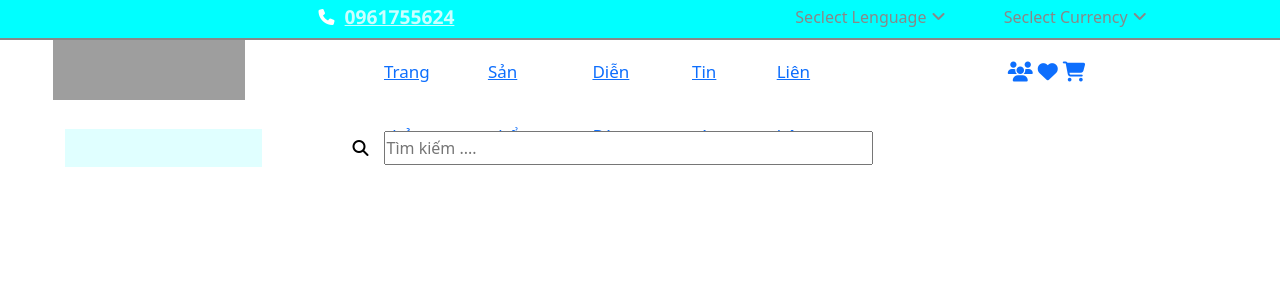
Repository: giacatdat2k5/Baitaplon
Page: da/d.html
These files come from the project's save history. The page is drawn as it stood at one moment and after the next save; the edit follows.
The browser window is 1280 px wide. The pictures show the whole page.
Pictures or frames that could not be fetched are drawn as grey boxes.

Above is the page before, as saved 2023-11-07 01:06:20.

### da/d.html
<!DOCTYPE html>
<html lang="en">
<head>
    <meta charset="UTF-8">
    <meta name="viewport" content="width=device-width, initial-scale=1.0">
    <title>Document</title>
    <link rel="stylesheet" type="text/css" href="d.css">
    <link rel="stylesheet" href="https://cdnjs.cloudflare.com/ajax/libs/font-awesome/6.4.2/css/all.min.css"/>
    <script src="https://ajax.googleapis.com/ajax/libs/jquery/3.7.1/jquery.min.js"></script>
    <link href="https://cdn.jsdelivr.net/npm/bootstrap@5.3.2/dist/css/bootstrap.min.css" rel="stylesheet" integrity="sha384-T3c6CoIi6uLrA9TneNEoa7RxnatzjcDSCmG1MXxSR1GAsXEV/Dwwykc2MPK8M2HN" crossorigin="anonymous">
</head>
<body>
    <div class="head">
        <div class="left-head">
        <div class="hotline">
            <i class="fa-solid fa-phone"></i>
            <a href="#" class="number">0961755624 </a>
        </div>
        </div>
        <div class="right-head">
        <div class="select">
             Seclect Lenguage
            <i class="fa-solid fa-angle-down"></i>
        </div>
        <div class="select">
             Seclect Currency
            <i class="fa-solid fa-angle-down"></i>
        </div>
        </div>
    </div>
    <div class="nav">
        <a href="#" class="logo"></a>
        <ul class="menu">
            <li><a href="#">Trang chủ</a></li>
            <li class="menu_link">
                <a href="#">Sản phẩm</a>
                <ul class="menu_down">
                    <li ><a href="#"></a>Yonex</li>
                    <li ><a href="#"></a>Lining</li>
                    <li ><a href="#"></a>Victor</li>
                    <li ><a href="#"></a>Kumpoo</li>
                    <li ><a href="#"></a>Fleet</li>
                    <li ><a href="#"></a>Khác</li>
                </ul>
            </li>
            <li><a href="#">Diễn Đàn</a></li>
            <li><a href="#">Tin tức</a></li>
            <li><a href="#">Liên hệ </a></li>
        </ul>
        <ul class="icon">
            <li><a href="#"><i class="fa-solid fa-users"></i></a></li>
            <li><a href="#"><i class="fa-solid fa-heart"></i></a></li>
            <li><a href="#"><i class="fa-solid fa-cart-shopping"></i></a></li>
        </ul>
    </div>
    <div class="nav2">
        <div class="nav2-left">
            <div class="cate"></div>
        </div>
        <div class="nav2-right">
         <div class="search">
            <button class="nut"><i class="fa-solid fa-magnifying-glass"></i></button>
            <input class="tk" type="text" placeholder="Tìm kiếm ....">
         </div>
        </div>
    </div>


</body>
</html>

### da/d.css
*{
    text-decoration: none;
    list-style-type: none;
    margin: 0px;
    padding: 0px;

}
.head{
    background-color: #00FFFF;
    width: 100%;
    height: 40px;
    display: flex;
    border-bottom:2px solid #888888 ;
}
.left-head{
    width:60%;
    height: 90%;
    display: flex;
    justify-content: center;
}
.right-head{
    width:40%;
    height: 90%;
    display: flex;
    justify-content: flex-start;
}
.hotline{
    width: 50%;
    height: 100%;
    display: flex;
    align-items: center;
    justify-content: center;
    color:white;
}
.select{
    width: 40%;
    height: 100%;
    display: flex;
    align-items: center;
    justify-content: center;
    color: #888888;
}
.number{
    text-indent: 10px;
    color: #CCFFFF;
    font-size: larger;
    font-family: 'Segoe UI', Tahoma, Geneva, Verdana, sans-serif;
    text-indent: 10px;
    font-weight: 600;
}
.fa-solid{
    text-indent: 5px;
    transition: transform 0.1s;
    transform: scale(1);
}
.hotline:hover{
    color:pink;
}
.number:hover{
    text-decoration-line: underline;
}
.select:hover{
    color: white;
}
.fa-solid:hover{
    transform: scale(1.2);
}
.nav{

    display:flex;
    height: 60px;
    line-height: 4em;
    justify-content: space-around;
}
.logo{
    width: 15%;
    height: 100%;
    background-image: url('z4855559339032_f52dfc50c2a66e564d62993c93b9ee23.jpg') ;
    background-size:cover;
}
.menu{
    width: 40%;
    display: flex;
}
.menu li{
    padding-right: 2.5em ;
    font-size: 17px;
    text-decoration: none;
    color:black;
}
.menu li a:hover{
    color: pink;
    transition: color .2s ease-out;
}
.menu_down{
    width: 140px;
    height: 18em;
    margin: 0px auto;
    position: absolute;
    top:100px;
    left: 500px;
    display: none;
}
.menu_down li{
    padding: 0px;
    border-bottom:1px solid black;
    text-align: center;
    background-color: #00FFFF;
    border-radius: 5px;

}
.menu_down li:hover{
    color:pink;
    transition: color .2s ease-out;
}
.menu .menu_link:hover .menu_down{
     display: block;
}
.icon{
    width: 20%;
    height: 100%;
    display: flex;
    justify-content: space-around:
    align-items: center;
    font-size: 20px;
    color:green;
}
.nav2{
    width: 100%;
    height: 6em;
    display: flex;
    align-items: center;
}
.nav2-left{
    width: 264px;
    height: 40%;
    display: flex;
    justify-content: flex-end;
}
.cate{
    width: 197px;
    height: 100%;
    background-color: lightcyan;
}
.nav2-right{
    width: 80%;
    height: 40%;
    display: flex;
    justify-self: flex-end;
    align-items: center ;
}
.search{
    width: 60%;
    height: 100%;
    display: flex;
    justify-content: flex-end;
    align-items: center;
}
.tk{
    width: 80%;
    height: 90%;
    border-top-bottom-left: 2px solid black;
}
.nut{
    width: 53px;
    height: 48px;
    display: flex;
    justify-content: center;
    align-items: center;
    border:none;
    background-color: white;

}

After the next save:
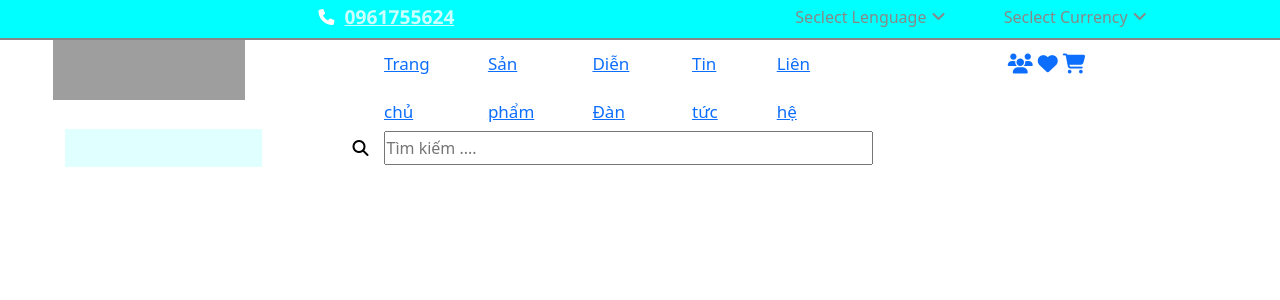
Saved 27 s later.
--- a/da/d.css
+++ b/da/d.css
@@ -69,7 +69,7 @@
 
     display:flex;
     height: 60px;
-    line-height: 4em;
+    line-height: 3em;
     justify-content: space-around;
 }
 .logo{
@@ -106,9 +106,7 @@
     border-bottom:1px solid black;
     text-align: center;
     background-color: #00FFFF;
-    border-radius: 5px;
-
-}
+ }
 .menu_down li:hover{
     color:pink;
     transition: color .2s ease-out;
